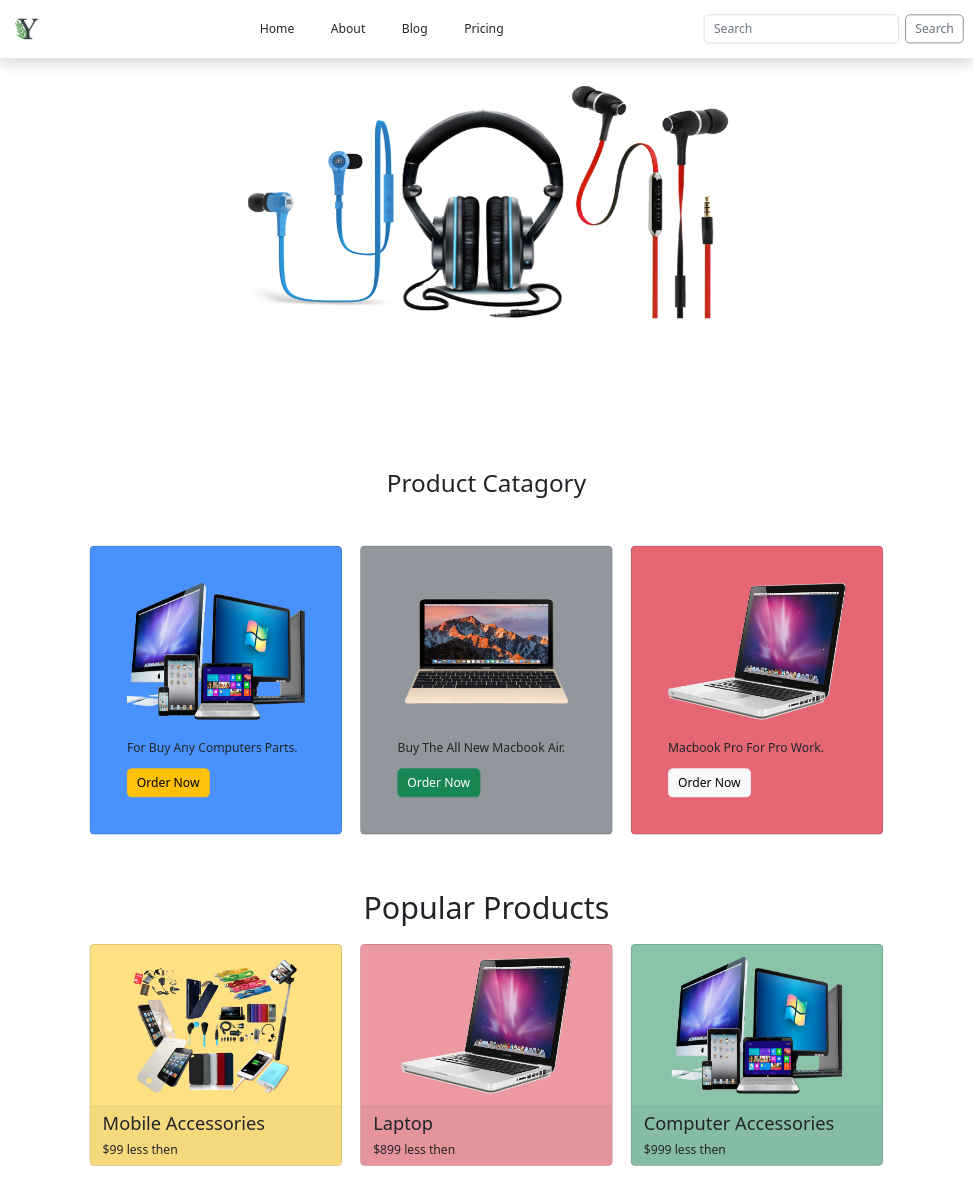
Repository: Mafuzurrahmanoli/E-Commerce-Website
Page: index.html
The author's editor kept a copy of each file at every save. The page is drawn from the files as they stood at one save, then again after the next save.
The browser window is 1280 px wide. The pictures show the whole page, at 76% of full size.

Above is the page before, as saved 2023-09-16 12:14:23.

### index.html
<!DOCTYPE html>
<html lang="en">

<head>
  <title>E-Commerce Website</title>
  <!-- Required meta tags -->
  <meta charset="utf-8" />
  <meta name="viewport" content="width=device-width, initial-scale=1, shrink-to-fit=no" />

  <!-- Bootstrap CSS v5.2.1 -->
  <link href="https://cdn.jsdelivr.net/npm/bootstrap@5.2.1/dist/css/bootstrap.min.css" rel="stylesheet"
    integrity="sha384-iYQeCzEYFbKjA/T2uDLTpkwGzCiq6soy8tYaI1GyVh/UjpbCx/TYkiZhlZB6+fzT" crossorigin="anonymous" />
  <link rel="stylesheet" href="css/style.css" />
  <link rel="shortcut icon" href="img/favicon.png" type="image/x-icon">
</head>

<body>
  <header>
    <!-- place navbar here -->
    <nav class="navbar navbar-expand-lg navbar-light shadow">
      <div class="container-fluid">
        <a class="navbar-brand" href="#"" target=" _blank">
          <img src="img/logo.png" alt="logo" style="width: 50px;">
        </a>
        <button class="navbar-toggler" type="button" data-bs-toggle="collapse" data-bs-target="#navbarSupportedContent"
          aria-controls="navbarSupportedContent" aria-expanded="false" aria-label="Toggle navigation">
          <span class="navbar-toggler-icon"></span>
        </button>
        <div class="collapse navbar-collapse" id="navbarSupportedContent">
          <ul class="navbar-nav me-auto mb-2 mb-lg-0 mx-auto">
            <li class="nav-item mx-3">
              <a class="nav-link active text-dark" aria-current="page" href="#">Home</a>
            </li>
            <li class="nav-item mx-3">
              <a class="nav-link text-dark" href="#">About</a>
            </li>
            <li class="nav-item mx-3">
              <a class="nav-link text-dark" href="#">Blog</a>
            </li>
            <li class="nav-item mx-3">
              <a class="nav-link text-dark" href="#">Pricing</a>
            </li>
          </ul>
          <form class="d-flex" role="search">
            <input class="form-control me-2" type="search" placeholder="Search" aria-label="Search">
            <button class="btn btn-outline-secondary" type="submit">Search</button>
          </form>
        </div>
      </div>
    </nav>
    <!-- Navbar end here -->
    <!-- Slider Start -->
    <div class="container">
      <div class="row">
        <div class=" col-md-11 mx-auto mt-4">
          <div id="carouselExampleIndicators" class="carousel slide" style="height: 500px; width: 80%; margin: auto;;">
            <div class="carousel-indicators" style="background-color: transparent;">
              <button type="button" data-bs-target="#carouselExampleIndicators" data-bs-slide-to="0" class="active"
                aria-current="true" aria-label="Slide 1"></button>
              <button type="button" data-bs-target="#carouselExampleIndicators" data-bs-slide-to="1"
                aria-label="Slide 2"></button>
              <button type="button" data-bs-target="#carouselExampleIndicators" data-bs-slide-to="2"
                aria-label="Slide 3"></button>
            </div>
            <div class="carousel-inner">
              <div class="carousel-item active">
                <img src="img/headphone.png" class="d-block w-100" alt="headphone">
              </div>
              <div class="carousel-item">
                <img src="img/macbook pro.png" class="d-block w-100" alt="macbook">
              </div>
              <div class="carousel-item">
                <img src="img/computer.png" class="d-block w-100" alt="computer">
              </div>
            </div>
            <button class="carousel-control-prev" type="button" data-bs-target="#carouselExampleIndicators"
              data-bs-slide="prev">
              <span class="carousel-control-prev-icon" aria-hidden="true" style="background-color: transparent;"></span>
              <span class="visually-hidden">Previous</span>
            </button>
            <button class="carousel-control-next" type="button" data-bs-target="#carouselExampleIndicators"
              data-bs-slide="next">
              <span class="carousel-control-next-icon" aria-hidden="true" style="background-color: transparent;"></span>
              <span class="visually-hidden">Next</span>
            </button>
          </div>
        </div>
      </div>
    </div>
    <!-- Slider End -->
  </header>
  <main>
    <!-- Product catagory section start -->
    <div class="container">
      <h2 class="text-center text-capitalize p-3">product catagory</h2>
      <div class="row justify-content-between m-4 row-cols-1 row-cols-md-2 row-cols-lg-3 g-4">
        <div class="col">
          <div class="card bg-primary bg-opacity-75">
            <div class="card-body p-5">
              <img src="img/computer.png" alt="computer" class="w-100">
              <p class="text-capitalize mt-4">For buy any computers parts.</p>
              <a href="#" target="_blank" class="btn btn-warning text-capitalize">order now</a>
            </div>
          </div>
        </div>
        <div class="col">
          <div class="card bg-secondary bg-opacity-75">
            <div class="card-body p-5">
              <img src="img/macbook air.png" alt="macbook air" class="w-100">
              <p class="text-capitalize mt-4">buy the all new macbook air.</p>
              <a href="#" target="_blank" class="btn btn-success text-capitalize">order now</a>
            </div>
          </div>
        </div>
        <div class="col">
          <div class="card bg-danger bg-opacity-75">
            <div class="card-body p-5">
              <img src="img/macbook pro.png" alt="macbook pro" class="w-100">
              <p class="text-capitalize mt-4">macbook pro for pro work.</p>
              <a href="#" target="_blank" class="btn btn-light text-capitalize">order now</a>
            </div>
          </div>
        </div>
      </div>
    </div>
    <!-- Product catagory section end -->
    <!-- Popular product section start -->
    <div class="container p-5">
      <h1 class="text-center text-capitalize">popular products</h1>
      <div class="row row-cols-1 row-cols-md-2 row-cols-lg-3 mt-4">
        <div class="col">
          <div class="card bg-warning bg-opacity-50">
            <div class="card-body d-flex">
              <img class="w-75 mx-auto" src="img/Mobile.png" alt="">
            </div>
            <div class="card-footer">
              <h4 class="text-capitalize">Mobile accessories</h4>
              <span>$99 less then</span>
            </div>
          </div>
        </div>
        <div class="col">
          <div class="card bg-danger bg-opacity-50">
            <div class="card-body d-flex">
              <img class="w-75 mx-auto" src="img/macbook pro.png" alt="">
            </div>
            <div class="card-footer">
              <h4 class="text-capitalize">laptop</h4>
              <span>$899 less then</span>
            </div>
          </div>
        </div>
        <div class="col">
          <div class="card bg-success bg-opacity-50">
            <div class="card-body d-flex">
              <img class="w-75 mx-auto" src="img/computer.png" alt="">
            </div>
            <div class="card-footer">
              <h4 class="text-capitalize">computer accessories</h4>
              <span>$999 less then</span>
            </div>
          </div>
        </div>
      </div>
    </div>
    <!-- Popular product section end -->
  </main>
  <footer>
    <!-- place footer here -->
  </footer>
  <!-- Bootstrap JavaScript Libraries -->
  <script src="https://cdn.jsdelivr.net/npm/@popperjs/core@2.11.6/dist/umd/popper.min.js"
    integrity="sha384-oBqDVmMz9ATKxIep9tiCxS/Z9fNfEXiDAYTujMAeBAsjFuCZSmKbSSUnQlmh/jp3"
    crossorigin="anonymous"></script>

  <script src="https://cdn.jsdelivr.net/npm/bootstrap@5.2.1/dist/js/bootstrap.min.js"
    integrity="sha384-7VPbUDkoPSGFnVtYi0QogXtr74QeVeeIs99Qfg5YCF+TidwNdjvaKZX19NZ/e6oz"
    crossorigin="anonymous"></script>
</body>

</html>

### css/style.css
* {
    margin: 0;
    padding: 0;
    outline: 0;
}

.carousel-inner img {
    height: 50vh;
}
.card-body img{
    height: 25vh;
}

After the next save:
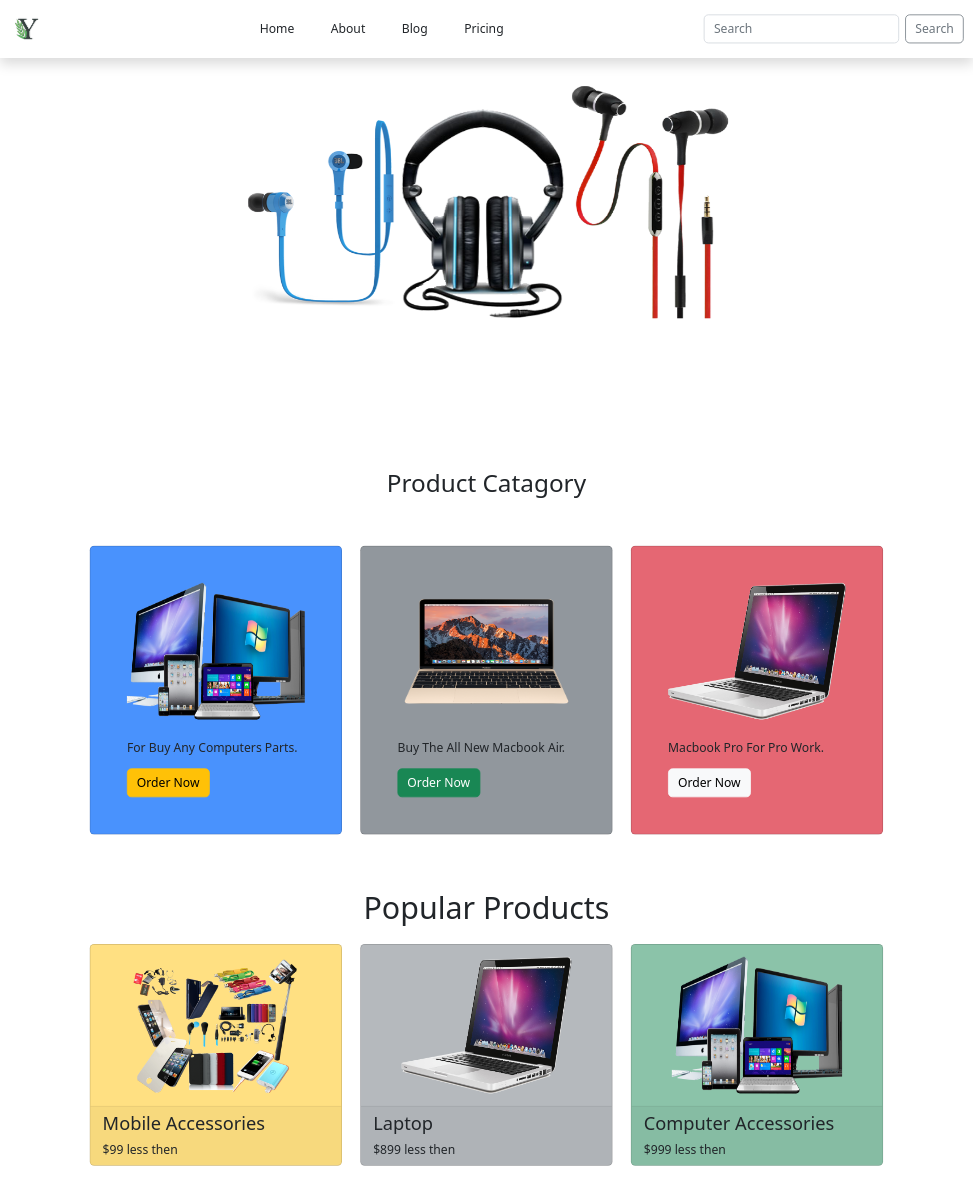
Saved 10 s later.
--- a/index.html
+++ b/index.html
@@ -140,7 +140,7 @@
           </div>
         </div>
         <div class="col">
-          <div class="card bg-danger bg-opacity-50">
+          <div class="card bg-secondary bg-opacity-50">
             <div class="card-body d-flex">
               <img class="w-75 mx-auto" src="img/macbook pro.png" alt="">
             </div>
